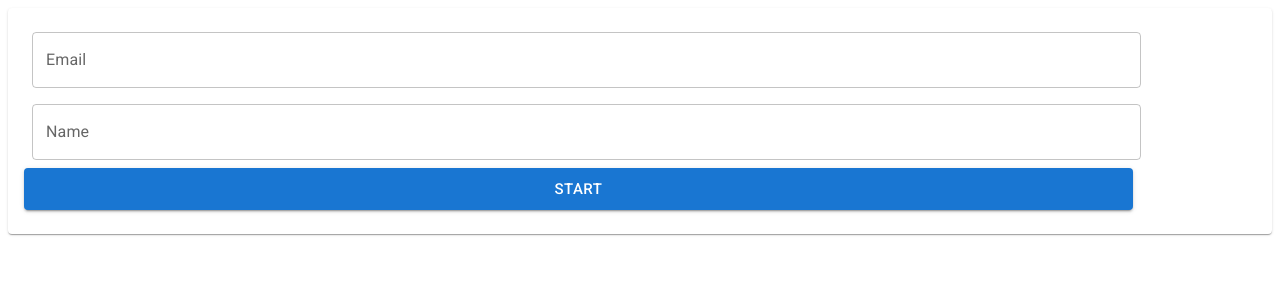
Repository: shikubro90/Quiz-App-React
Page: /
An editor plug-in stored every save of this project. The page is shown before and after a run of saves, followed by the edit.
The browser window is 1280 px wide. The pictures show the whole page.
The project was rebuilt for these pictures with package versions that can differ from the ones it lists, and the page was loaded fresh each time. Also part of the build but not shown: src/index.css, src/App.css.

Above is the page before, as saved 2022-06-25 01:39:20.

After the next 9 saves:
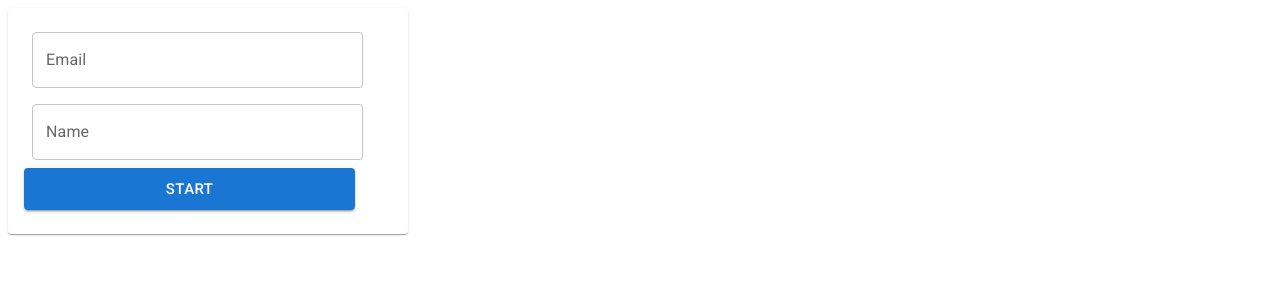
The 9 saves are shown as one change because they came seconds apart.
The last was saved 56 s later.
--- a/src/components/Login.jsx
+++ b/src/components/Login.jsx
@@ -6,7 +6,7 @@ import { width } from '@mui/system';
 const Login = () => {
     return (
 
-        <Card>
+        <Card sx={{width: "400px"}}>
             <CardContent>
                 <Box sx={{
                     '& .MuiTextField-root' : {
